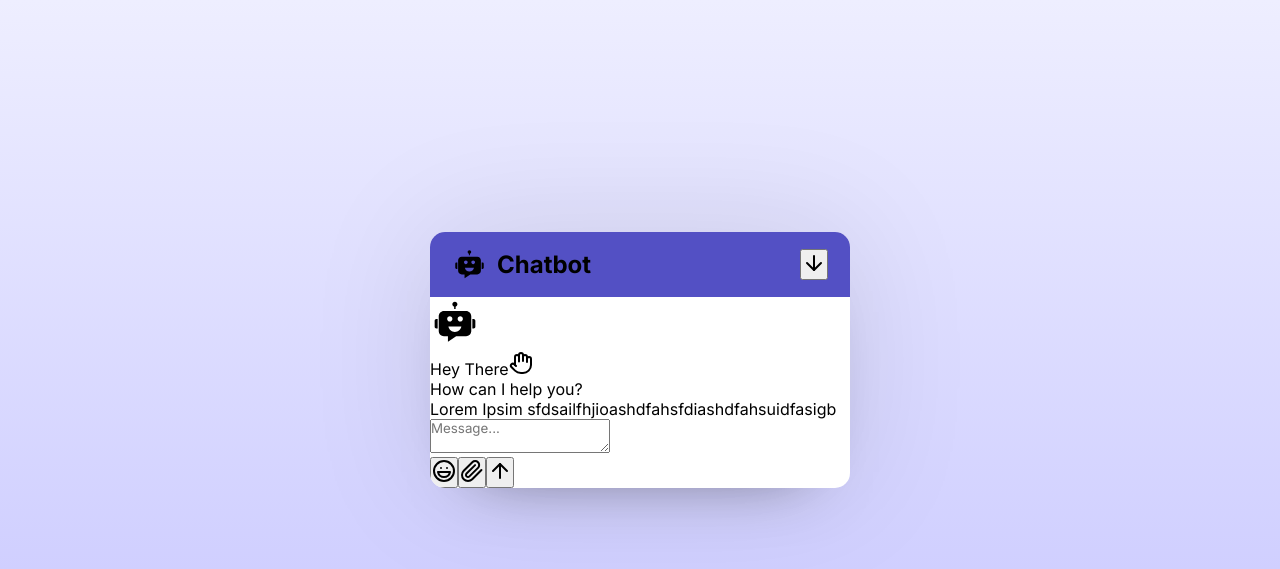
Repository: guilhermecardoso93/ai-bot
Page: /
An editor plug-in stored every save of this project. The page is shown before and after the next save, followed by the edit.
The browser window is 1280 px wide. The pictures show the whole page.
The project was rebuilt for these pictures with package versions that can differ from the ones it lists, and the page was loaded fresh each time. Also part of the build but not shown: vite.config.js.

Above is the page before, as saved 2024-11-11 20:29:06.

After the next save:
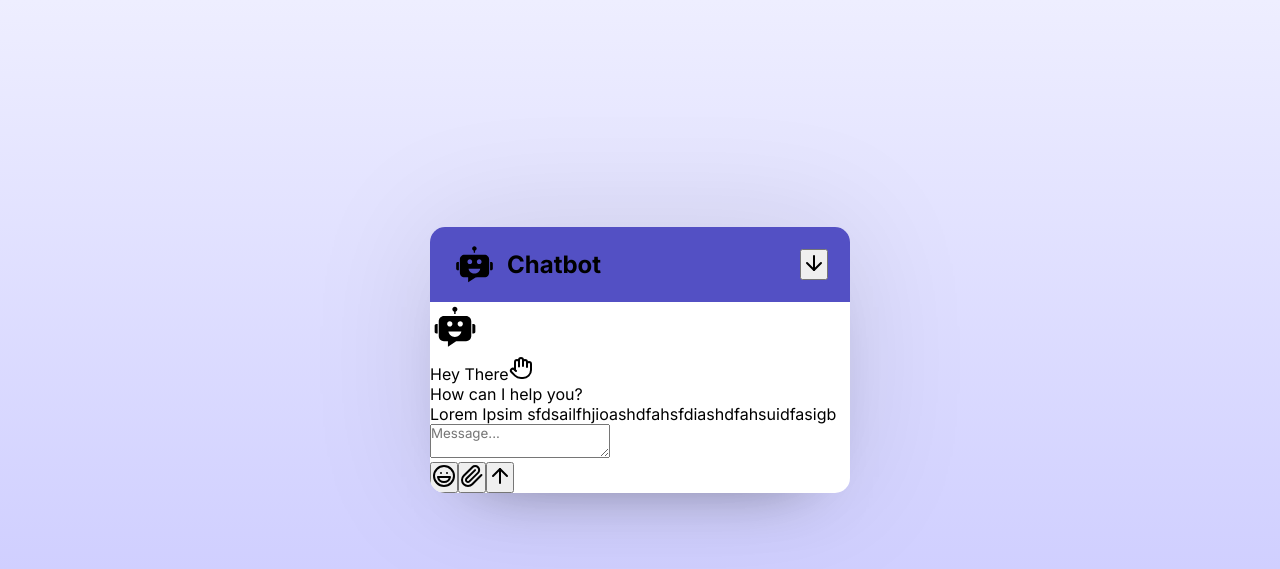
Saved 8 s later.
--- a/src/index.css
+++ b/src/index.css
@@ -46,4 +46,5 @@ body {
 
 .header-info .logo {
   width: 35px;
+  width: 45px;
 }

After the save that followed:
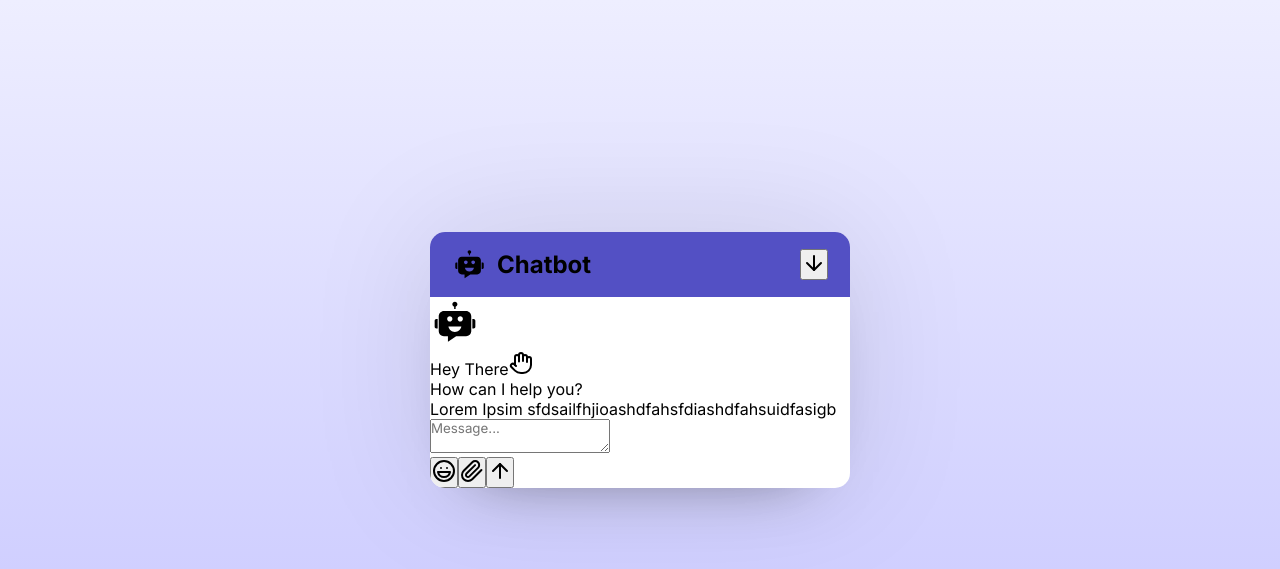
Saved 13 s later.
--- a/src/index.css
+++ b/src/index.css
@@ -46,5 +46,5 @@ body {
 
 .header-info .logo {
   width: 35px;
-  width: 45px;
+  width: 35px;
 }
